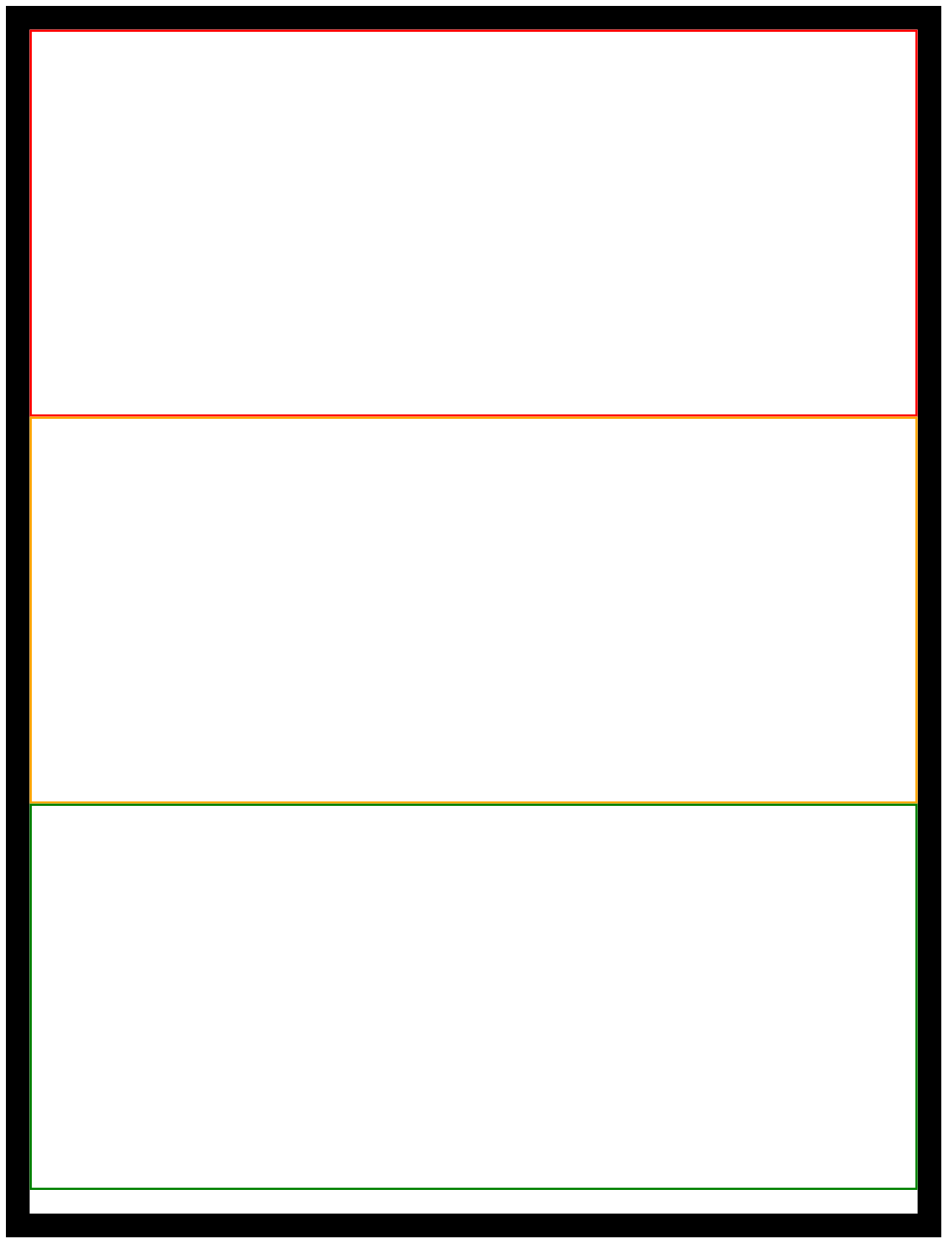
Repository: Tsardines/mondrian
Page: index.html
An editor plug-in stored every save of this project. The page is shown before and after the next save, followed by the edit.
The browser window is 1280 px wide. The pictures show the whole page, at 74% of full size.
Some web fonts or font styles are not loaded; a fallback is used.

Above is the page before, as saved 2019-10-20 16:04:23.

After the next save:
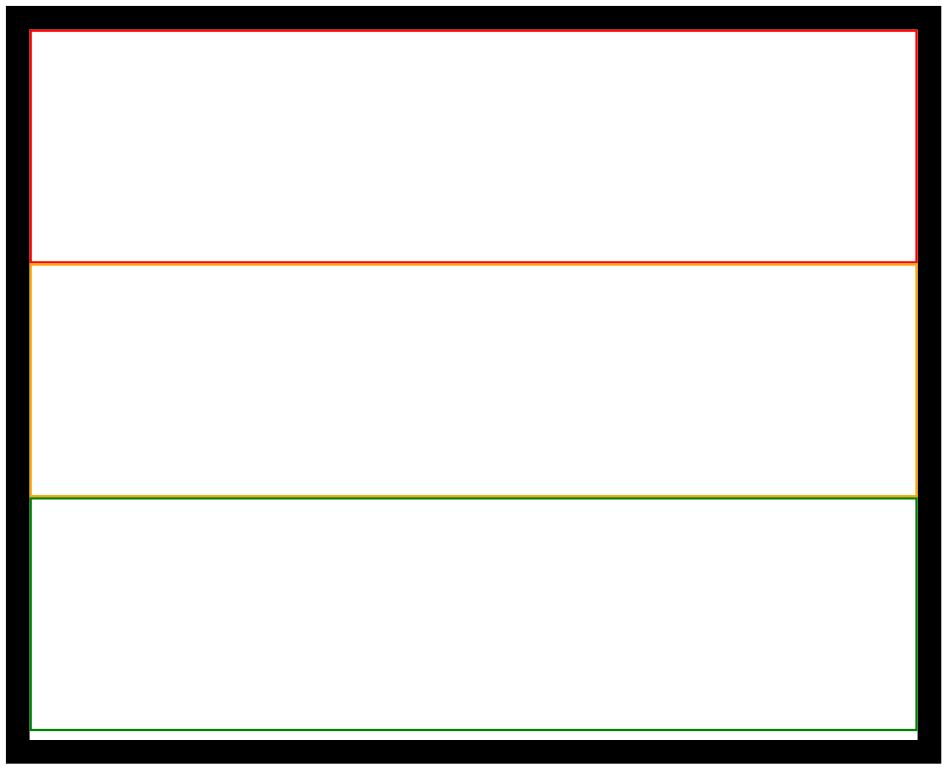
Saved 12 s later.
--- a/styles.css
+++ b/styles.css
@@ -1,7 +1,7 @@
 #canvas {
     border: 2rem solid black;
     /* display: block; */
-    height: 100rem;
+    height: 60rem;
 }
 
 .grid__top {
